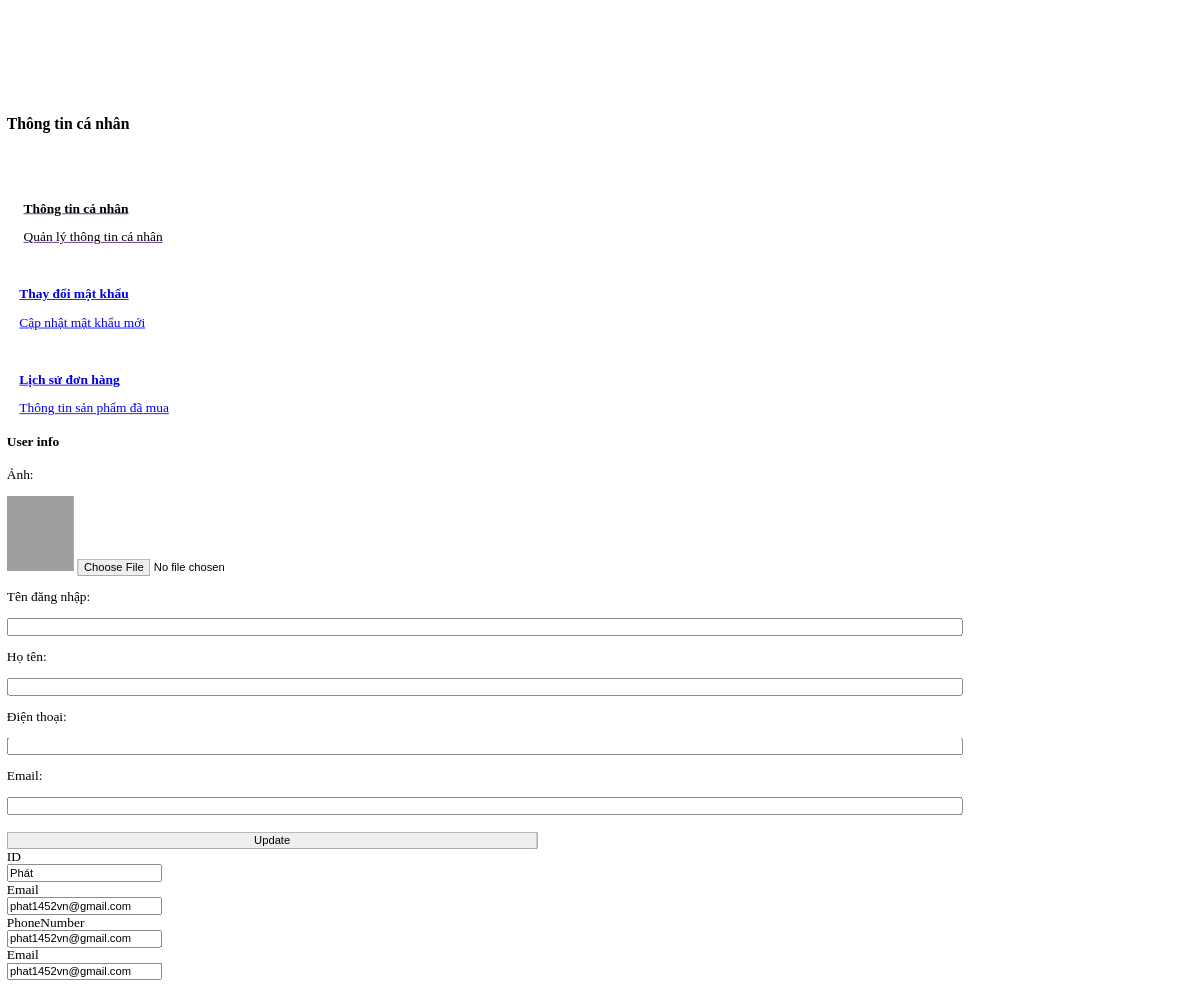
Repository: nguyengiabao245/NHOM3_C2
Page: http://localhost/DoAnJava/WEB-INF/views/account/edit.jsp
The author's editor kept a copy of each file at every save. The page is drawn from the files as they stood at one save, then again after the next save.
The browser window is 1280 px wide. The page is 1408 px wide, so the pictures cover 1408 px, including what lies to the right of the window. The pictures show the whole page, at 84% of full size.
Pictures or frames that could not be fetched are drawn as grey boxes. The page is served by Tomcat 9. Nobody is signed in. The template is opened directly, without the code that normally fills it, so the values that code supplies are empty.

Above is the page before, as saved 2022-05-16 05:58:26.

After the next save:
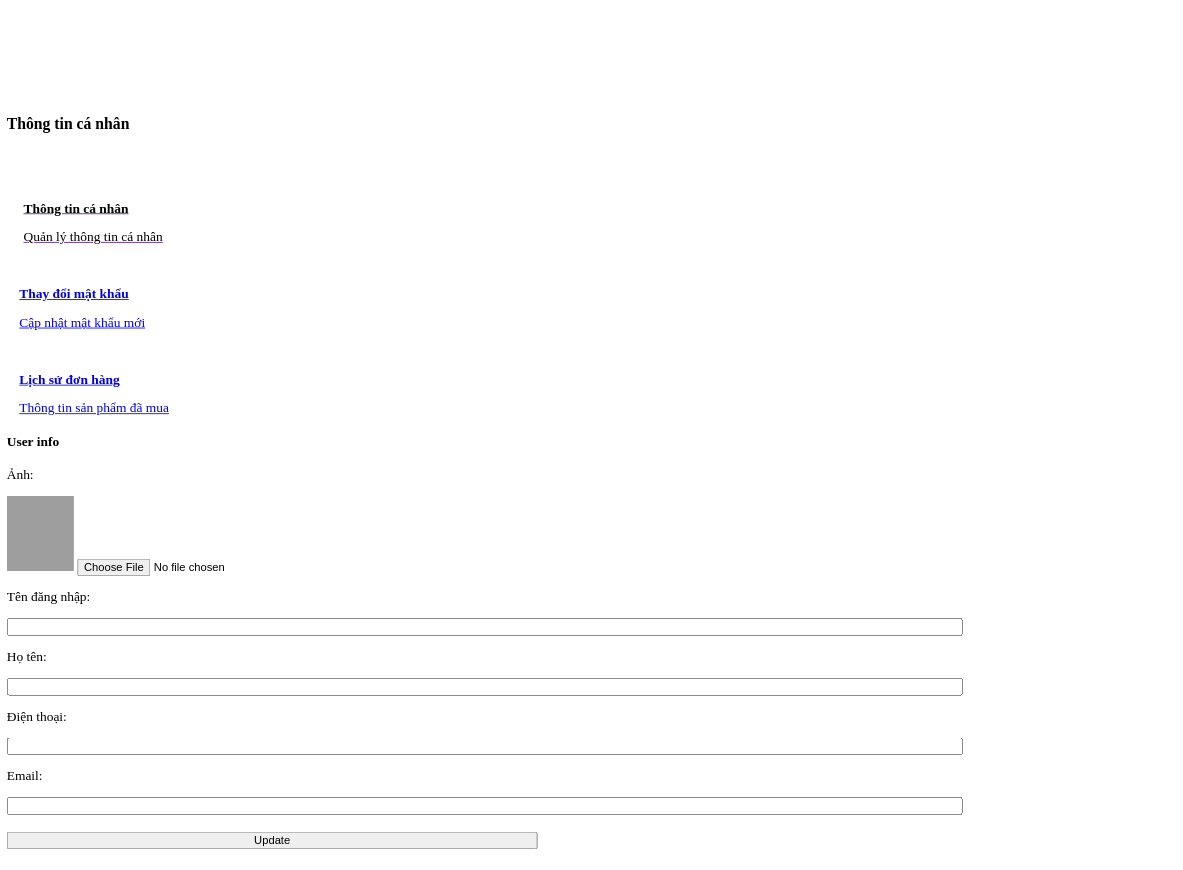
Saved 24 s later.
--- a/DoAnJava/src/main/webapp/WEB-INF/views/account/edit.jsp
+++ b/DoAnJava/src/main/webapp/WEB-INF/views/account/edit.jsp
@@ -152,34 +152,7 @@
 							</div>
 
 
-							<div class="form-group">
-								<label class="col-sm-2 control-label">ID</label>
-								<div class="col-sm-10">
-									<input name="name" type="text" class="form-control"
-										value="Phát">
-								</div>
-							</div>
-							<div class="form-group">
-								<label class="col-sm-2 control-label">Email</label>
-								<div class="col-sm-10">
-									<input name="email" type="text" class="form-control"
-										value="phat1452vn@gmail.com">
-								</div>
-							</div>
-							<div class="form-group">
-								<label class="col-sm-2 control-label">PhoneNumber</label>
-								<div class="col-sm-10">
-									<input name="email" type="text" class="form-control"
-										value="phat1452vn@gmail.com">
-								</div>
-							</div>
-							<div class="form-group">
-								<label class="col-sm-2 control-label">Email</label>
-								<div class="col-sm-10">
-									<input name="email" type="text" class="form-control"
-										value="phat1452vn@gmail.com">
-								</div>
-							</div>
+
 
 						</form:form>
 					</div>
